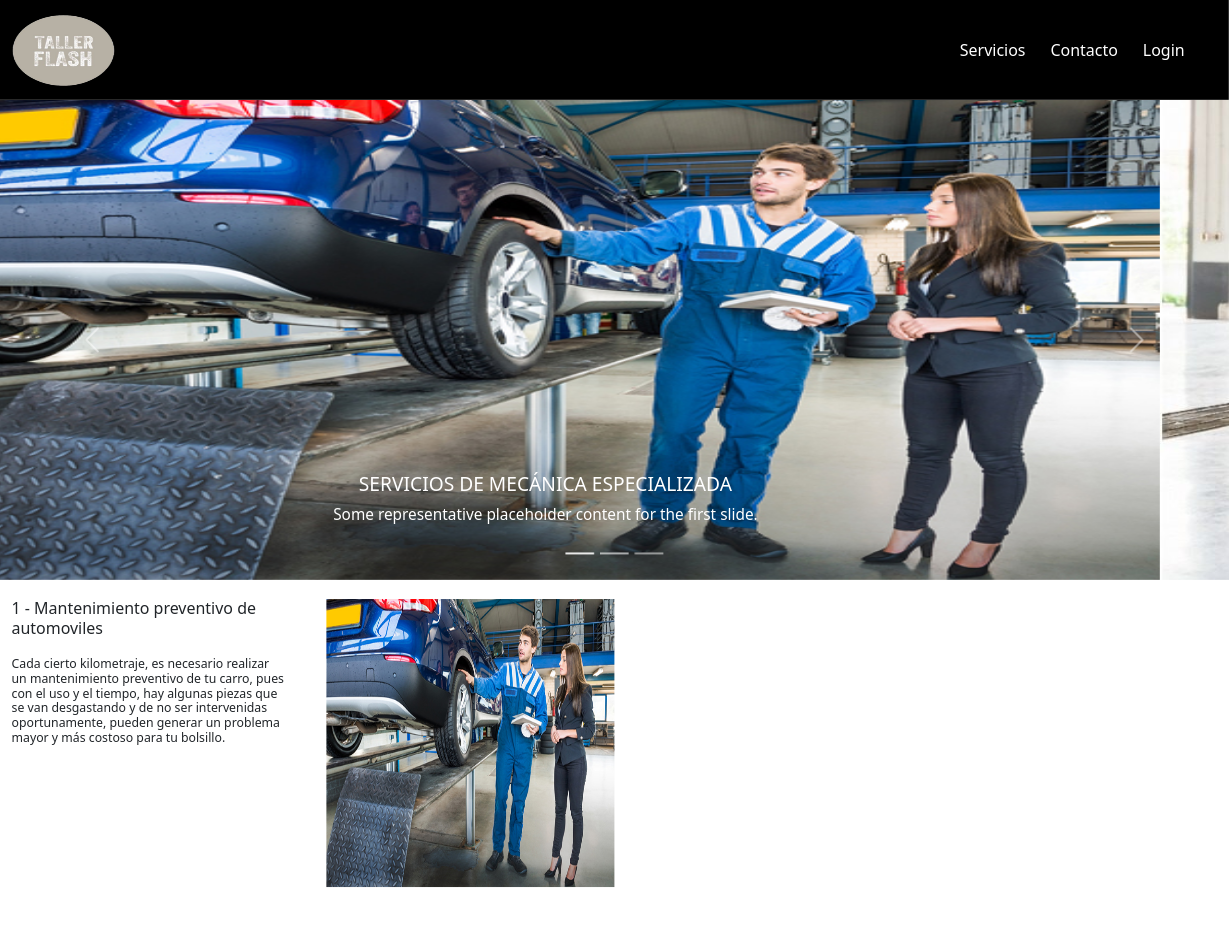
Repository: nder1996/Boostrap.Taller.Arquitectura
Page: Index.html
The author's editor kept a copy of each file at every save. The page is drawn from the files as they stood at one save, then again after the next save.
The browser window is 1280 px wide. The pictures show the whole page, at 96% of full size.

Above is the page before, as saved 2021-07-23 06:36:11.

### Index.html
<!DOCTYPE html>
<html lang="en">

<head>
	<meta charset="UTF-8">
	<meta name="viewport" content="width=device-width, initial-scale=1.0">
	<link rel="shortcut icon" href="img/Logo.png">
	<link href="https://cdn.jsdelivr.net/npm/bootstrap@5.0.2/dist/css/bootstrap.min.css" rel="stylesheet"
		integrity="sha384-EVSTQN3/azprG1Anm3QDgpJLIm9Nao0Yz1ztcQTwFspd3yD65VohhpuuCOmLASjC" crossorigin="anonymous">
	<link rel="stylesheet" href="https://cdnjs.cloudflare.com/ajax/libs/font-awesome/5.15.3/css/all.min.css"
		integrity="sha512-iBBXm8fW90+nuLcSKlbmrPcLa0OT92xO1BIsZ+ywDWZCvqsWgccV3gFoRBv0z+8dLJgyAHIhR35VZc2oM/gI1w=="
		crossorigin="anonymous" referrerpolicy="no-referrer" />
	<link rel="stylesheet" href="css/style.css">
	<title>Taller Automotriz</title>
</head>

<body>

	<nav class="navbar navbar-expand-lg navbar-light">
		<div class="container-fluid">
			<a class="navbar-brand" href="#"><img src="img/Logo.png" alt="" style='width: 110px; height: 78px;'></a>
			<button class="navbar-toggler" type="button" data-bs-toggle="collapse" data-bs-target="#navbarNav"
				aria-controls="navbarNav" aria-expanded="false" aria-label="Toggle navigation">
				<span class="navbar-toggler-icon"></span>
			</button>
			<div class="collapse navbar-collapse" id="navbarNav">
				<ul class="navbar-nav ms-auto">
					<li class="nav-item">
						<a class="nav-link active" aria-current="page" href="#">Servicios</a>
					</li>
					<li class="nav-item">
						<a class="nav-link" href="#">Contacto</a>
					</li>
					<li class="nav-item">
						<a class="nav-link" href="#">Login</a>
					</li>
				</ul>
			</div>
		</div>
	</nav>
	<div id="carouselExampleCaptions" class="carousel slide" data-bs-ride="carousel">
		<div class="carousel-indicators">
			<button type="button" data-bs-target="#carouselExampleCaptions" data-bs-slide-to="0" class="active"
				aria-current="true" aria-label="Slide 1"></button>
			<button type="button" data-bs-target="#carouselExampleCaptions" data-bs-slide-to="1"
				aria-label="Slide 2"></button>
			<button type="button" data-bs-target="#carouselExampleCaptions" data-bs-slide-to="2"
				aria-label="Slide 3"></button>
		</div>
		<div class="carousel-inner">
			<div class="carousel-item active">
				<img src="img/Mantenimiento_1.jpg" class="d-block w-100" alt="...">
				<div class="carousel-caption d-none d-md-block">
					<h5>SERVICIOS DE MECÁNICA
						ESPECIALIZADA</h5>
					<p>Some representative placeholder content for the first slide.</p>
				</div>
			</div>
			<div class="carousel-item">
				<img src="img/Mantenimiento_3.png" class="d-block w-100" alt="...">
				<div class="carousel-caption d-none d-md-block">
					<h5>SERVICIOS DE MECÁNICA
						ESPECIALIZADA</h5>
					<p>Some representative placeholder content for the second slide.</p>
				</div>
			</div>
			<div class="carousel-item">
				<img src="img/Mantenimiento_2.png" class="d-block w-100" alt="...">
				<div class="carousel-caption d-none d-md-block">
					<h5>Third slide label</h5>
					<p>Some representative placeholder content for the third slide.</p>
				</div>
			</div>
		</div>
		<button class="carousel-control-prev" type="button" data-bs-target="#carouselExampleCaptions"
			data-bs-slide="prev">
			<span class="carousel-control-prev-icon" aria-hidden="true"></span>
			<span class="visually-hidden">Previous</span>
		</button>
		<button class="carousel-control-next" type="button" data-bs-target="#carouselExampleCaptions"
			data-bs-slide="next">
			<span class="carousel-control-next-icon" aria-hidden="true"></span>
			<span class="visually-hidden">Next</span>
		</button>
	</div>


	<div class="Servicios container-fluid">
		<div class="Servicio" id="Servicio_1">
			<br> <br>
				<h1>1 - Mantenimiento preventivo de automoviles <br> <br>
					<p>
						Cada cierto kilometraje, es necesario realizar un mantenimiento preventivo de tu carro, pues con
						el uso
						y el tiempo, hay algunas piezas que se van desgastando y de no ser intervenidas oportunamente,
						pueden
						generar un problema mayor y más costoso para tu bolsillo.
					</p>
				</h1>
				<br>
				<img src="img/Mantenimiento_1.jpg" alt="" width="300px" height="300px">



	<!--	<button>Más Información</button>
-->



		</div>


	</div>
	<!--
		<div><img src="img/Mantenimiento_2.png" alt="" width="300px" height="300px"></div>
		<div><img src="img/Mantenimiento_3.png" alt="" width="300px" height="300px"></div>
		<div><img src="img/Mantenimiento_4.png" alt="" width="300px" height="300px"></div>
		-->











	<script src="https://cdn.jsdelivr.net/npm/bootstrap@5.0.2/dist/js/bootstrap.bundle.min.js"
		integrity="sha384-MrcW6ZMFYlzcLA8Nl+NtUVF0sA7MsXsP1UyJoMp4YLEuNSfAP+JcXn/tWtIaxVXM" crossorigin="anonymous">
	</script>
	<script src="https://cdnjs.cloudflare.com/ajax/libs/jquery/3.6.0/jquery.min.js"
		integrity="sha512-894YE6QWD5I59HgZOGReFYm4dnWc1Qt5NtvYSaNcOP+u1T9qYdvdihz0PPSiiqn/+/3e7Jo4EaG7TubfWGUrMQ=="
		crossorigin="anonymous" referrerpolicy="no-referrer"></script>
</body>

</html>

### css/style.css
nav{
    background-color: black !important;
}

nav li{
    position:relative;
    margin-left: 10px;
    left:-10%;
}

nav li a{
    color:white !important;
    font-size: 1.3vw;
}

.carousel-inner{
    position:relative;
    width: 100%;
    height: 500px;
}

.carousel-item img{
    position:relative;
    width: 100%;
    height: 500px;
}

.Servicios{
    position:relative;

}

.Servicios .Servicio{
    position:relative;
    display: flex;
    width: 50%;
    height: 350px;
    top:20px
}

.Servicios div h1{
    position:relative;
    text-align: left;
    font-size: 1.3vw;
    width: 60%;

}

.Servicios div p{
    position:relative;
    font-size: 1vw;
    width: 87%;
}

After the next save:
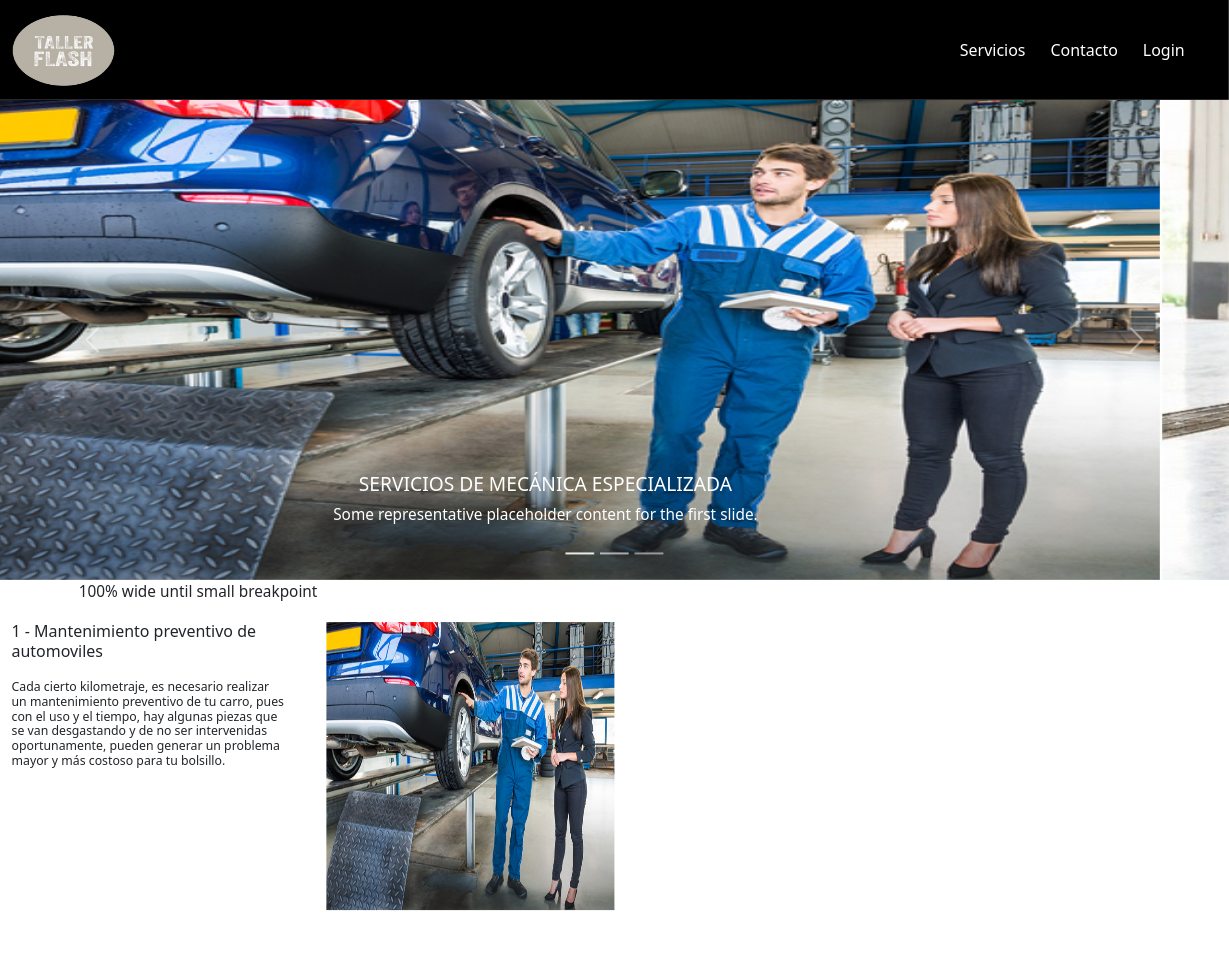
Saved 34 s later.
--- a/Index.html
+++ b/Index.html
@@ -83,7 +83,7 @@
 			<span class="visually-hidden">Next</span>
 		</button>
 	</div>
-
+	<div class="container-sm">100% wide until small breakpoint</div>
 
 	<div class="Servicios container-fluid">
 		<div class="Servicio" id="Servicio_1">

After the save that followed:
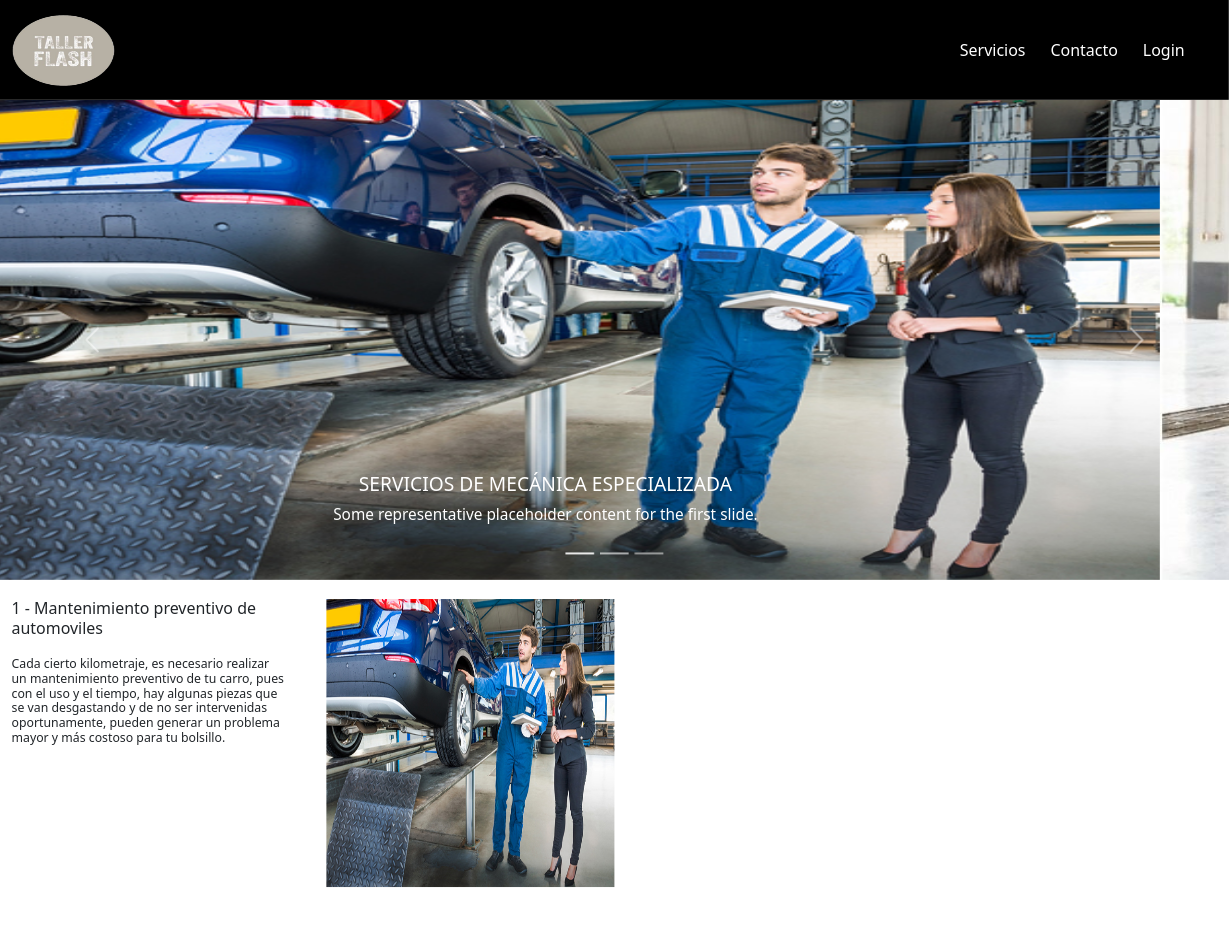
Saved 4 s later.
--- a/Index.html
+++ b/Index.html
@@ -83,7 +83,9 @@
 			<span class="visually-hidden">Next</span>
 		</button>
 	</div>
-	<div class="container-sm">100% wide until small breakpoint</div>
+	<div class="container-sm">
+
+	</div>
 
 	<div class="Servicios container-fluid">
 		<div class="Servicio" id="Servicio_1">
